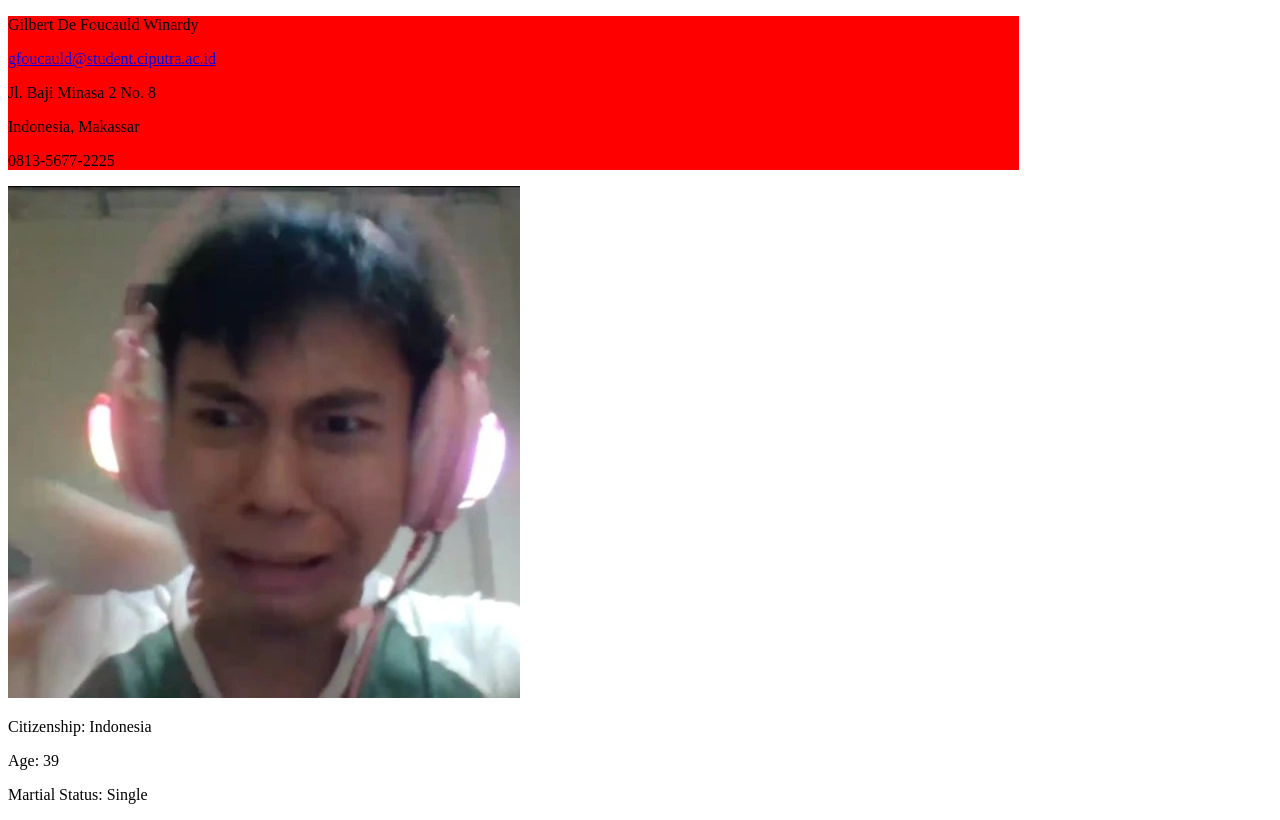
Repository: Gibekkk/WebPro
Page: Tugas Lab 1/index.html
An editor plug-in stored every save of this project. The page is shown before and after a run of saves, followed by the edit.
The browser window is 1280 px wide. The pictures show the whole page.

Above is the page before, as saved 2024-03-25 12:54:01.

### Tugas Lab 1/index.html
<!DOCTYPE html>
<html lang="en">
<head>
    <meta charset="UTF-8">
    <meta name="viewport" content="width=device-width, initial-scale=1.0">
    <title>Portfolio</title>
    <link rel="stylesheet" href="style.css">
</head>
<body>
    <header>
        <div class="title">
            <p class="name">Gilbert De Foucauld Winardy</p>
            <a href="gfoucauld@student.ciputra.ac.id">gfoucauld@student.ciputra.ac.id</a>
            <p>Jl. Baji Minasa 2 No. 8</p>
            <p>Indonesia, Makassar</p>
            <p>0813-5677-2225</p>
        </div>
        <div class="picture">
            <img class="profile-pic" src="javin.jpg">
        </div>
        <div class="description">
            <p>Citizenship: Indonesia</p>
            <p>Age: 39</p>
            <p>Martial Status: Single</p>
        </div>
    </header>
</body>
</html>

### Tugas Lab 1/style.css
.title{
    background-color: red;
    width: 80%;
}
.picture

After the next 4 saves:
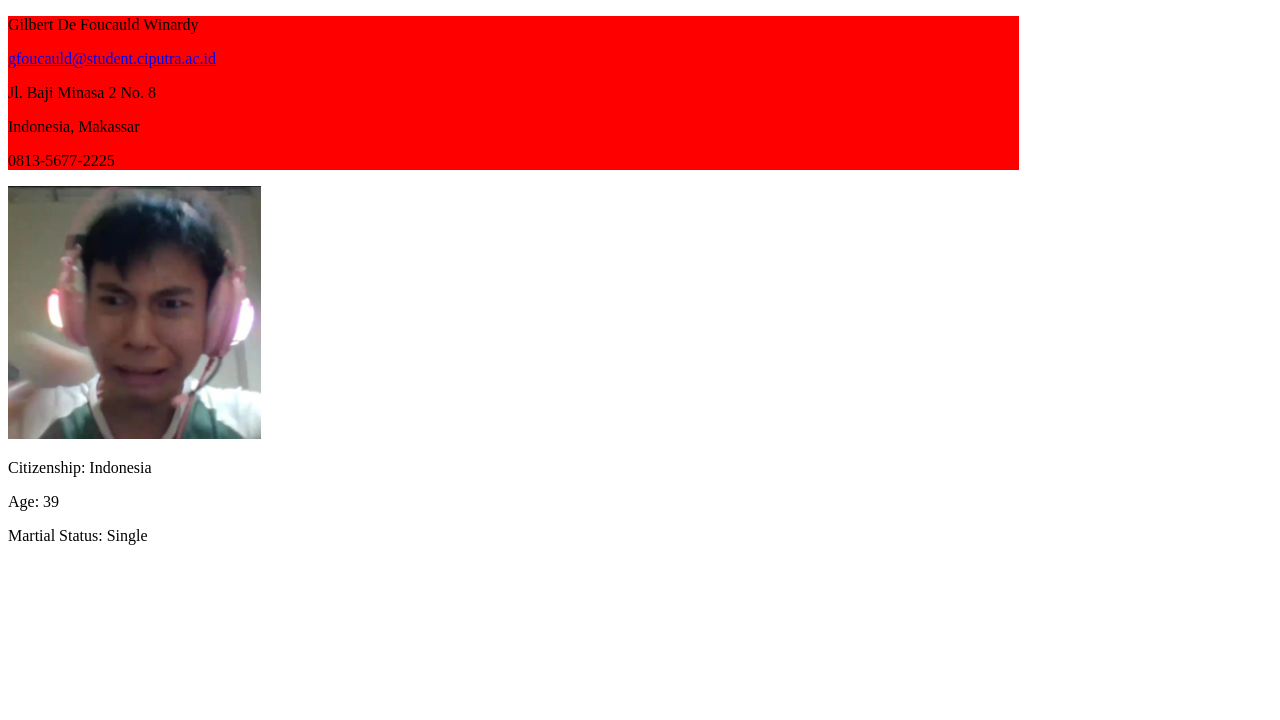
The 4 saves are shown as one change because they came seconds apart.
The last was saved 12 s later.
--- a/Tugas Lab 1/style.css
+++ b/Tugas Lab 1/style.css
@@ -2,4 +2,6 @@
     background-color: red;
     width: 80%;
 }
-.picture
+img{
+    width: 20%;
+}
